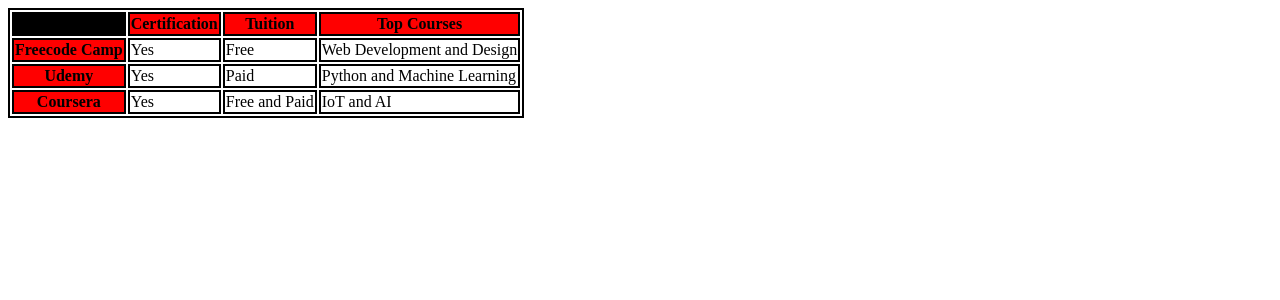
Repository: Divineridh/LPPAChallenges
Page: Trabajos en Clase/ejercicio clase 04-3/index.html
These files come from the project's save history. The page is drawn as it stood at one moment and after the next save; the edit follows.
The browser window is 1280 px wide. The pictures show the whole page.

Above is the page before, as saved 2022-04-26 21:28:04.

After the next save:
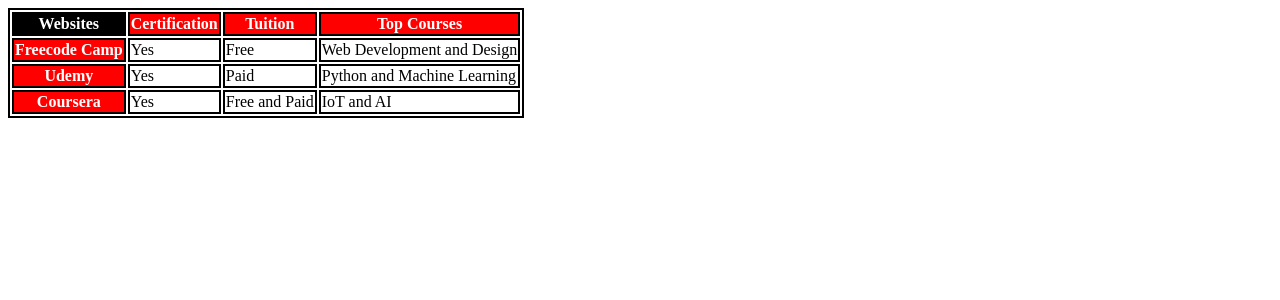
Saved 44 s later.
--- a/Trabajos en Clase/ejercicio clase 04-3/styles.css
+++ b/Trabajos en Clase/ejercicio clase 04-3/styles.css
@@ -9,3 +9,7 @@
 table, th, td {
     border: solid black 2px;
 }
+
+th {
+    color: #ffffff;
+}
